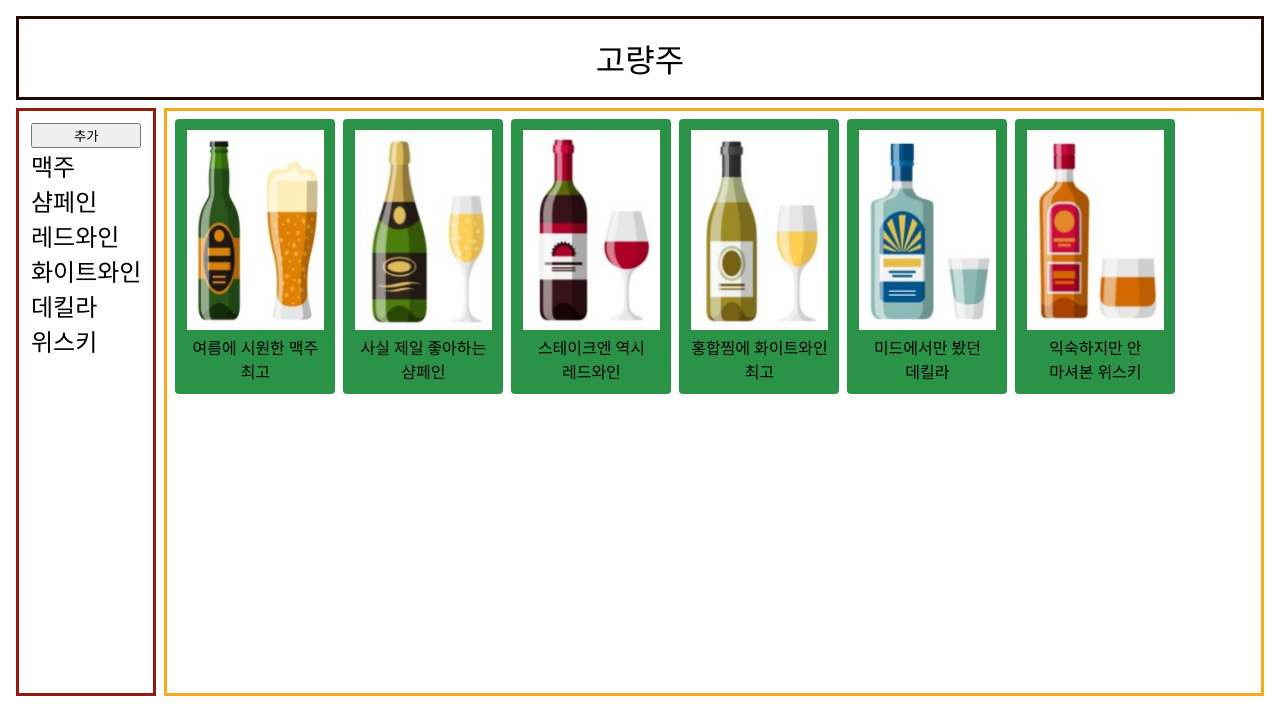
Repository: Jay-JYKim91/grj_2nd_week
Page: index.html
The author's editor kept a copy of each file at every save. The page is drawn from the files as they stood at one save, then again after the next save.
The browser window is 1280 px wide. The pictures show the whole page.
Some web fonts or font styles are not loaded; a fallback is used.

Above is the page before, as saved 2022-05-16 16:27:12.

### index.html
<!DOCTYPE html>
<html lang="en">
<head>
    <meta charset="UTF-8">
    <meta http-equiv="X-UA-Compatible" content="IE=edge">
    <meta name="viewport" content="width=device-width, initial-scale=1.0">
    <title>고량주 2주차</title>
    <link rel="stylesheet" href="./styles.css">
</head>
<body>
    <header>
        <span>고량주</span>
    </header>
    <main>
        <aside>
            <button id="addBtn">추가</button>
            <span>맥주</span>
            <span>샴페인</span>
            <span>레드와인</span>
            <span>화이트와인</span>
            <span>데킬라</span>
            <span>위스키</span>
        </aside>
        <section class="cards">
            <div class="card">
                <img src="./images/beer.png" alt="beer">
                <span>여름에 시원한 맥주 최고</span>
            </div>
            <div class="card">
                <img src="./images/champagne.png" alt="champagne">
                <span>사실 제일 좋아하는 샴페인</span>
            </div>
            <div class="card">
                <img src="./images/red_wine.png" alt="red_wine">
                <span>스테이크엔 역시 레드와인</span>
            </div>
            <div class="card">
                <img src="./images/white_wine.png" alt="white_wine">
                <span>홍합찜에 화이트와인 최고</span>
            </div>
            <div class="card">
                <img src="./images/tequila.png" alt="tequila">
                <span>미드에서만 봤던 데킬라</span>
            </div>
            <div class="card">
                <img src="./images/whiskey.png" alt="whiskey">
                <span>익숙하지만 안 마셔본 위스키</span>
            </div>
        </section>
    </main>
</body>
</html>

### styles.css
@import url("https://fonts.googleapis.com/css2?family=Hahmlet:wght@400;500&display=swap");

* {
  box-sizing: border-box;
  font-family: "Hahmlet", serif;
}

html,
body {
  height: 100%;
  margin: 0;
}

body {
  padding: 1rem;
}

header {
  border: 3px solid #220901;
  padding: 0.5em;
  font-size: 2rem;
  text-align: center;
}

main {
  display: flex;
  margin: 0.5rem 0;
  gap: 0.5rem;
  height: calc(100% - 100px);
}

aside {
  display: flex;
  flex-direction: column;
  border: 3px solid #941b0c;
  padding: 0.5em;
  font-size: 1.5rem;
  min-width: max-content;
}

#addBtn {
}

.cards {
  display: flex;
  flex-wrap: wrap;
  border: 3px solid #f6aa1c;
  padding: 0.5em;
  gap: 0.5em;
  overflow-y: scroll;
  width: 100%;
}

.card {
  display: flex;
  flex-direction: column;
  background-color: #2b9348;
  padding: 0.7em;
  text-align: center;
  word-break: keep-all;
  height: fit-content;
  border-radius: 4px;
  width: 10rem;
}

.card img {
  height: 200px;
  margin-bottom: 0.3em;
}

@media only screen and (max-width: 600px) {
  .card {
    background-color: #ffff3f;
  }
}

@media only screen and (min-width: 601px) and (max-width: 768px) {
  .card {
    background-color: #d4d700;
  }
}

@media only screen and (min-width: 769px) and (max-width: 992px) {
  .card {
    background-color: #80b918;
  }
}

After the next save:
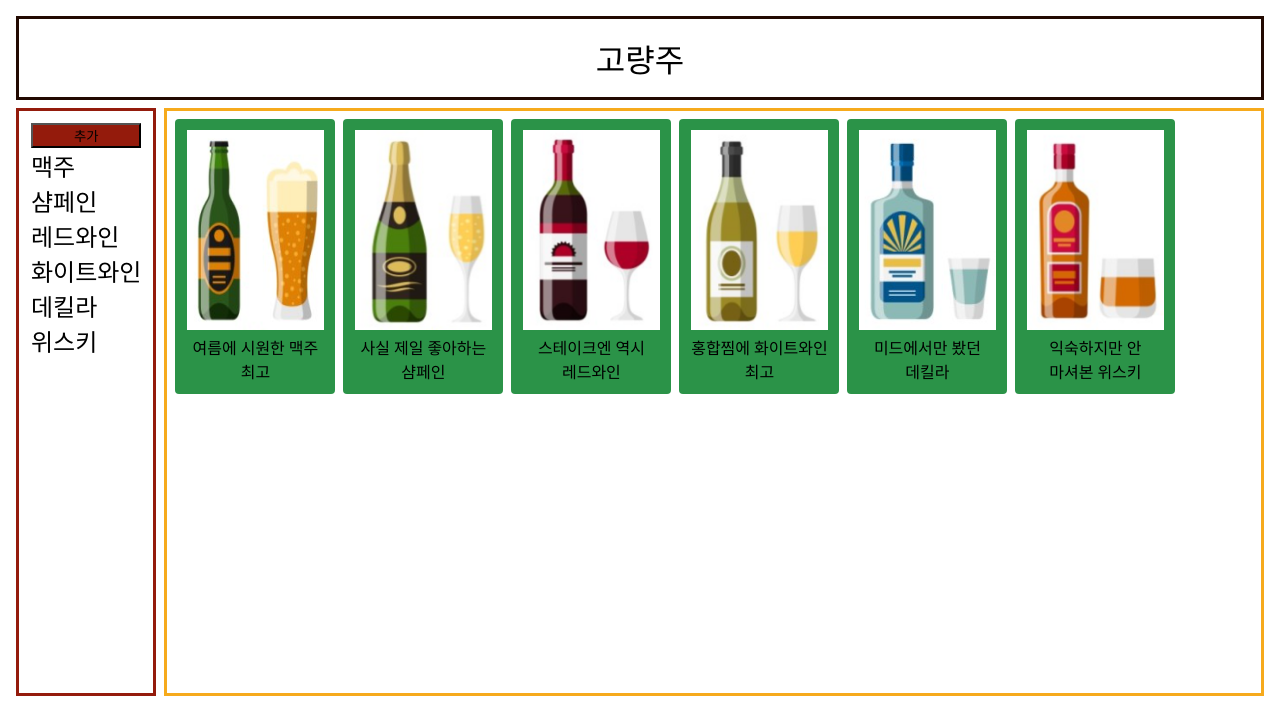
Saved 25 s later.
--- a/styles.css
+++ b/styles.css
@@ -39,6 +39,7 @@ aside {
 }
 
 #addBtn {
+  background-color: #941b0c;
 }
 
 .cards {
